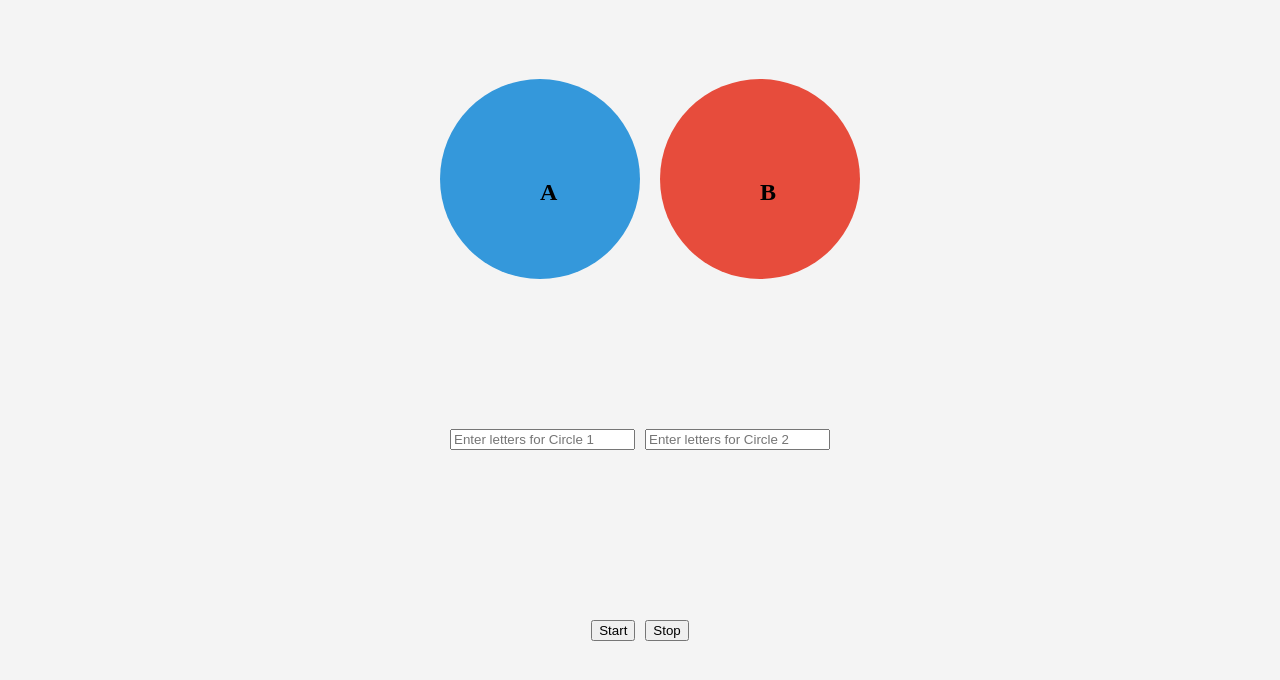
Repository: boshi-an/Isorhythm
Page: .vscode/Isorhythm/index.html
These files come from the project's save history. The page is drawn as it stood at one moment and after the next save; the edit follows.
The browser window is 1280 px wide. The pictures show the whole page.

Above is the page before, as saved 2023-10-18 18:09:51.

After the next save:
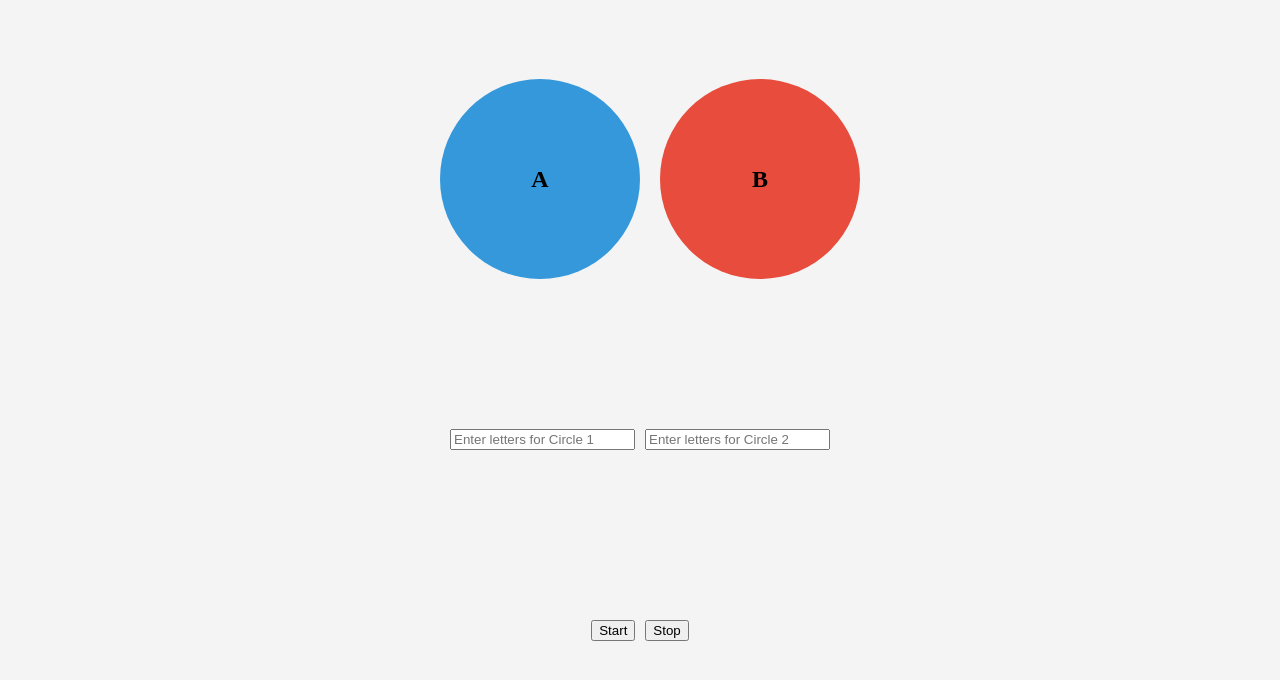
Saved 2 min 15 s later.
--- a/.vscode/Isorhythm/styles.css
+++ b/.vscode/Isorhythm/styles.css
@@ -61,6 +61,7 @@ body {
     top: 50%;
     left: 50%;
     transform-origin: 50% 50%;
+    transform: translate(-50%, -50%);  /* Centering the letters */
 }
 
 #triangle1 {
